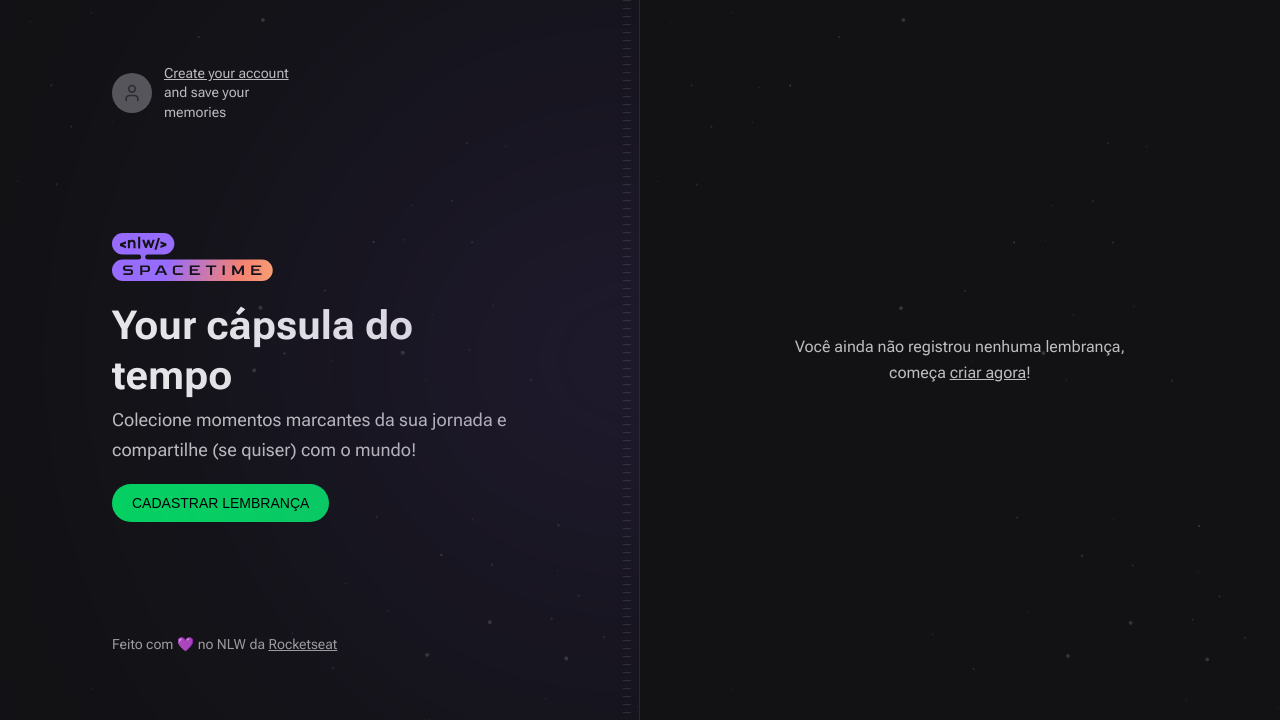
Repository: alexandrecpedro/spacetime
Page: / (app in frontend/)
These files come from the project's save history. The page is drawn as it stood at one moment and after a run of saves; the edit follows.
The browser window is 1280 px wide. The pictures show the whole page.
Some web fonts or font styles are not loaded; a fallback is used. The project was rebuilt for these pictures with package versions that can differ from the ones it lists, and the page was loaded fresh each time. The framework's server and built-in components were replaced by stand-ins that run in the browser. Also part of the build but not shown: frontend/next.config.js.

Above is the page before, as saved 2023-05-16 21:32:27.

### frontend/src/app/layout.tsx
import './globals.css'
import { ReactNode } from 'react'
import {
  Roboto_Flex as Roboto,
  Bai_Jamjuree as BaiJamjuree,
} from 'next/font/google'
import { NextFontWithVariable } from 'next/dist/compiled/@next/font'

const roboto: NextFontWithVariable = Roboto({
  subsets: ['latin'],
  variable: '--font-roboto',
})

const baiJamjuree: NextFontWithVariable = BaiJamjuree({
  subsets: ['latin'],
  weight: '700',
  variable: '--font-bai-jamjuree',
})

export const metadata = {
  title: 'NLW Spacetime',
  description:
    'A time capsule built with React, Next.js, TailwindCSS and Typescript.',
}

export default function RootLayout({ children }: { children: ReactNode }) {
  return (
    <html lang="en">
      <body
        className={`${roboto.variable} ${baiJamjuree.variable} bg-gray-900 font-sans text-gray-100`}
      >
        {children}
      </body>
    </html>
  )
}

### frontend/src/app/page.tsx
import { User } from 'lucide-react'

import nlwLogo from '../assets/nlw-spacetime-logo.svg'
import Image from 'next/image'

export default function Home() {
  return (
    <main className="grid min-h-screen grid-cols-2">
      {/* Left */}
      <div className="relative flex flex-col items-start justify-between overflow-hidden border-r border-white/10 bg-[url(../assets/bg-stars.svg)] bg-cover px-28 py-16">
        {/* Blur */}
        <div className="absolute right-0 top-1/2 h-[288px] w-[526px] -translate-y-1/2 translate-x-1/2 rounded-full bg-purple-700 opacity-50 blur-full" />

        {/* Stripes */}
        <div className="absolute bottom-0 right-2 top-0 w-2 bg-stripes" />

        {/* Sign In */}
        <a
          href=""
          className="flex items-center gap-3 text-left transition-colors hover:text-gray-50"
        >
          <div className="flex h-10 w-10 items-center justify-center rounded-full bg-gray-400">
            <User className="h-5 w-5 text-gray-500" />
          </div>

          <p className="max-w-[140px] text-sm leading-snug">
            <span className="underline">Create your account</span> and save your
            memories
          </p>
        </a>

        {/* Hero */}
        <div className="space-y-5">
          <Image src={nlwLogo} alt="NLW Spacetime" />

          <div className="max-w-[420px] space-y-1">
            <h1 className="text-5xl font-bold leading-tight text-gray-50">
              Your cápsula do tempo
            </h1>
            <p className="text-lg leading-relaxed">
              Colecione momentos marcantes da sua jornada e compartilhe (se
              quiser) com o mundo!
            </p>
          </div>

          <a
            className="inline-block rounded-full bg-green-500 px-5 py-3 font-alt text-sm uppercase leading-none text-black hover:bg-green-600"
            href=""
          >
            CADASTRAR LEMBRANÇA
          </a>
        </div>

        {/* Copyright */}
        <div className="text-sm leading-relaxed text-gray-200">
          Feito com 💜 no NLW da{' '}
          <a
            target="_blank"
            rel="noreferrer"
            className="underline hover:text-gray-100"
            href="https://rocketseat.com.br"
          >
            Rocketseat
          </a>
        </div>
      </div>

      {/* Right */}
      <div className="flex flex-col bg-[url(../assets/bg-stars.svg)] bg-cover p-16">
        <div className="flex flex-1 items-center justify-center">
          <p className="w-[360px] text-center leading-relaxed">
            Você ainda não registrou nenhuma lembrança, começa{' '}
            <a href="" className="underline hover:text-gray-50">
              criar agora
            </a>
            !
          </p>
        </div>
      </div>
    </main>
  )
}

Loaded but not shown: frontend/src/app/globals.css (common file); frontend/tailwind.config.js (common file)

After the next 2 saves:
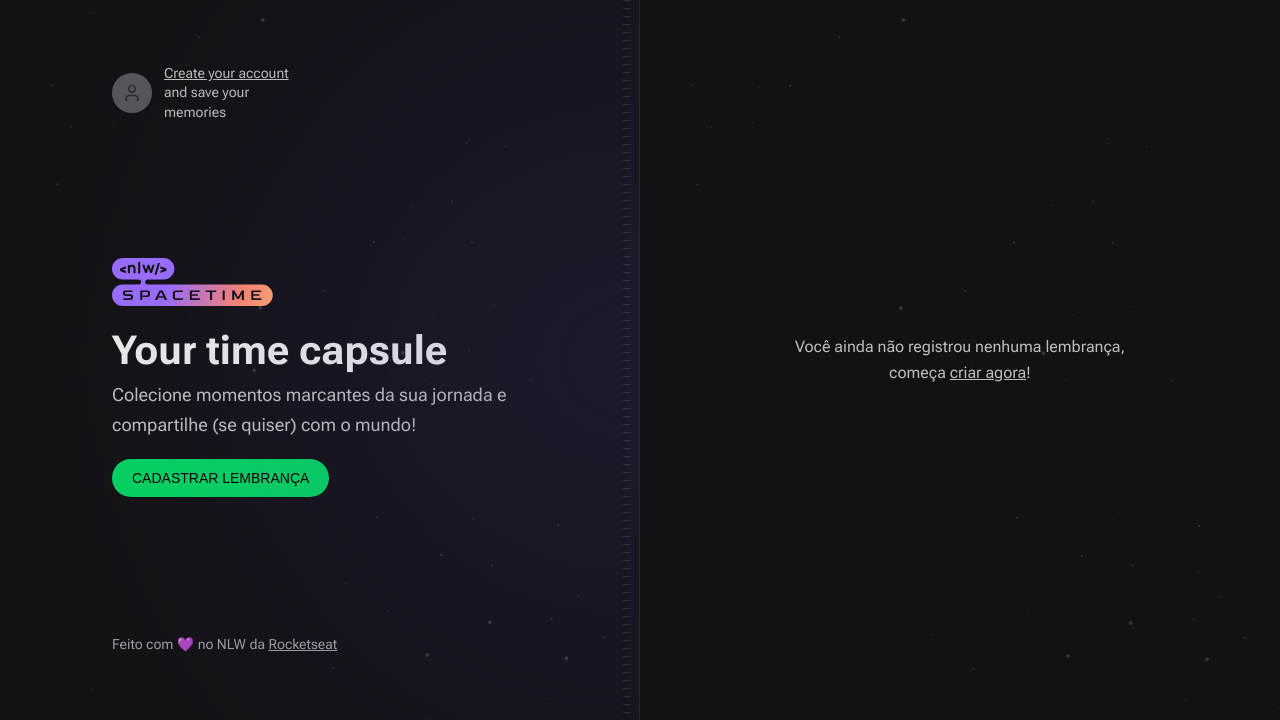
The 2 saves are shown as one change because they came seconds apart.
The last was saved 8 s later.
--- a/frontend/src/app/page.tsx
+++ b/frontend/src/app/page.tsx
@@ -35,7 +35,7 @@ export default function Home() {
 
           <div className="max-w-[420px] space-y-1">
             <h1 className="text-5xl font-bold leading-tight text-gray-50">
-              Your cápsula do tempo
+              Your time capsule
             </h1>
             <p className="text-lg leading-relaxed">
               Colecione momentos marcantes da sua jornada e compartilhe (se
